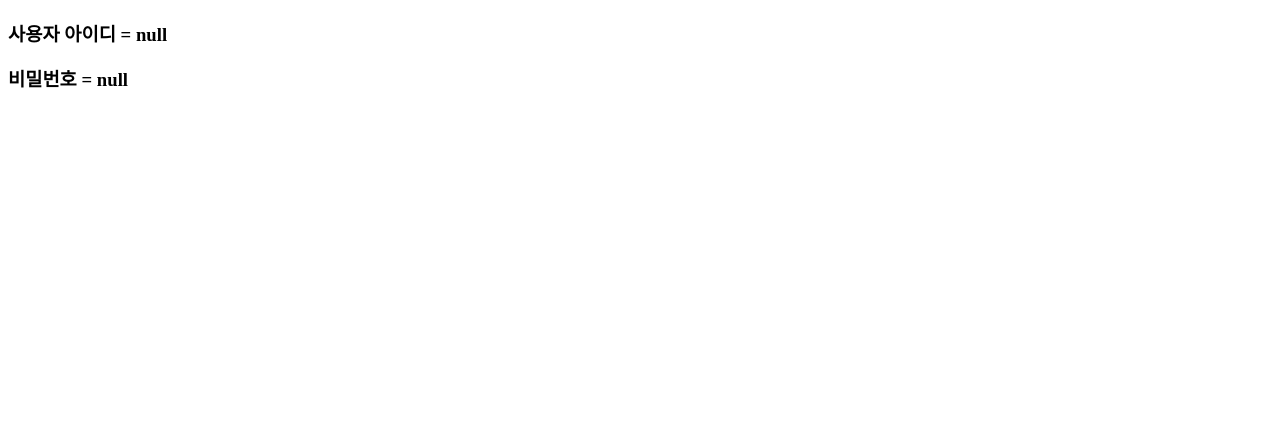
Repository: HongMW/study
Page: http://localhost/jsp01_basic/jsp04_object/jsp05_scope.jsp
These files come from the project's save history. The page is drawn as it stood at one moment and after the next save; the edit follows.
The browser window is 1280 px wide. The pictures show the whole page.
The page is served by Tomcat 9.

Above is the page before, as saved 2022-12-13 00:50:49.

After the next save:
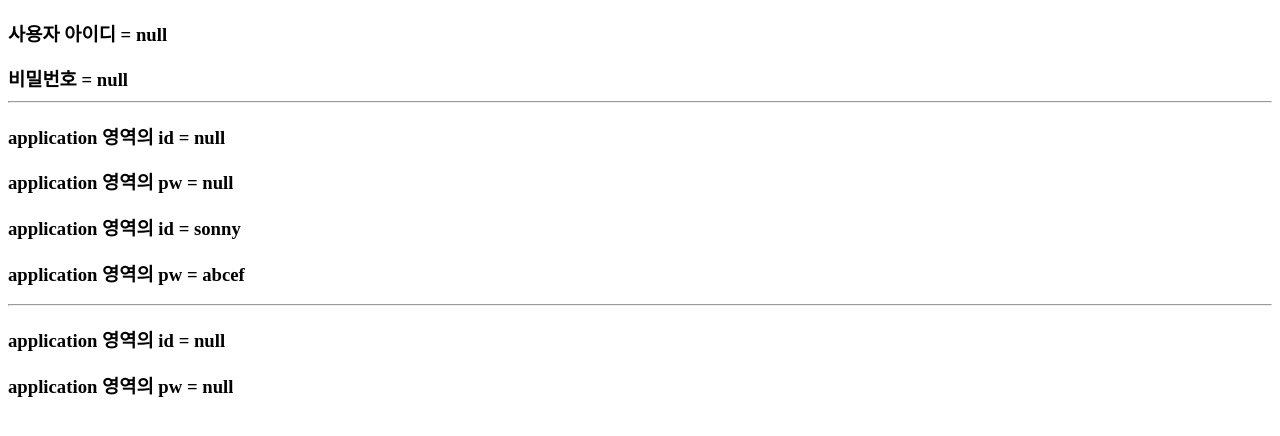
Saved 45 min 55 s later.
--- a/04.jsp/jsp01_basic/WebContent/jsp04_object/jsp05_scope.jsp
+++ b/04.jsp/jsp01_basic/WebContent/jsp04_object/jsp05_scope.jsp
@@ -16,7 +16,8 @@
 	3. removeAttribute(String name)
 	4. getAttributeNames()
 
- -->
+-->
+
 <!DOCTYPE html>
 <html>
 <head>
@@ -30,9 +31,24 @@
 	String pw = request.getParameter("pw");
 
 	out.print("<h3>사용자 아이디 = " + id + "</>");
-	out.print("<h3>비밀번호 = " + pw + "</>");
-	out.print("<h3></>");
-	out.print("<h3></>");
+	out.print("<h3>비밀번호      = " + pw + "</>");
+	out.print("<hr>");
+
+	out.print("<h3>application 영역의 id = " + application.getAttribute("id") + "</h3>" );
+	out.print("<h3>application 영역의 pw = " + application.getAttribute("pw") + "</h3>" );
+
+	application.setAttribute("id", "sonny");
+	application.setAttribute("pw", "abcef");
+
+	out.print("<h3>application 영역의 id = " + application.getAttribute("id") + "</h3>" );
+	out.print("<h3>application 영역의 pw = " + application.getAttribute("pw") + "</h3>" );
+	out.print("<hr>");
+
+	application.removeAttribute("id");
+	application.removeAttribute("pw");
+	out.print("<h3>application 영역의 id = " + application.getAttribute("id") + "</h3>" );
+	out.print("<h3>application 영역의 pw = " + application.getAttribute("pw") + "</h3>" );
+
 %>
 </body>
 </html>
